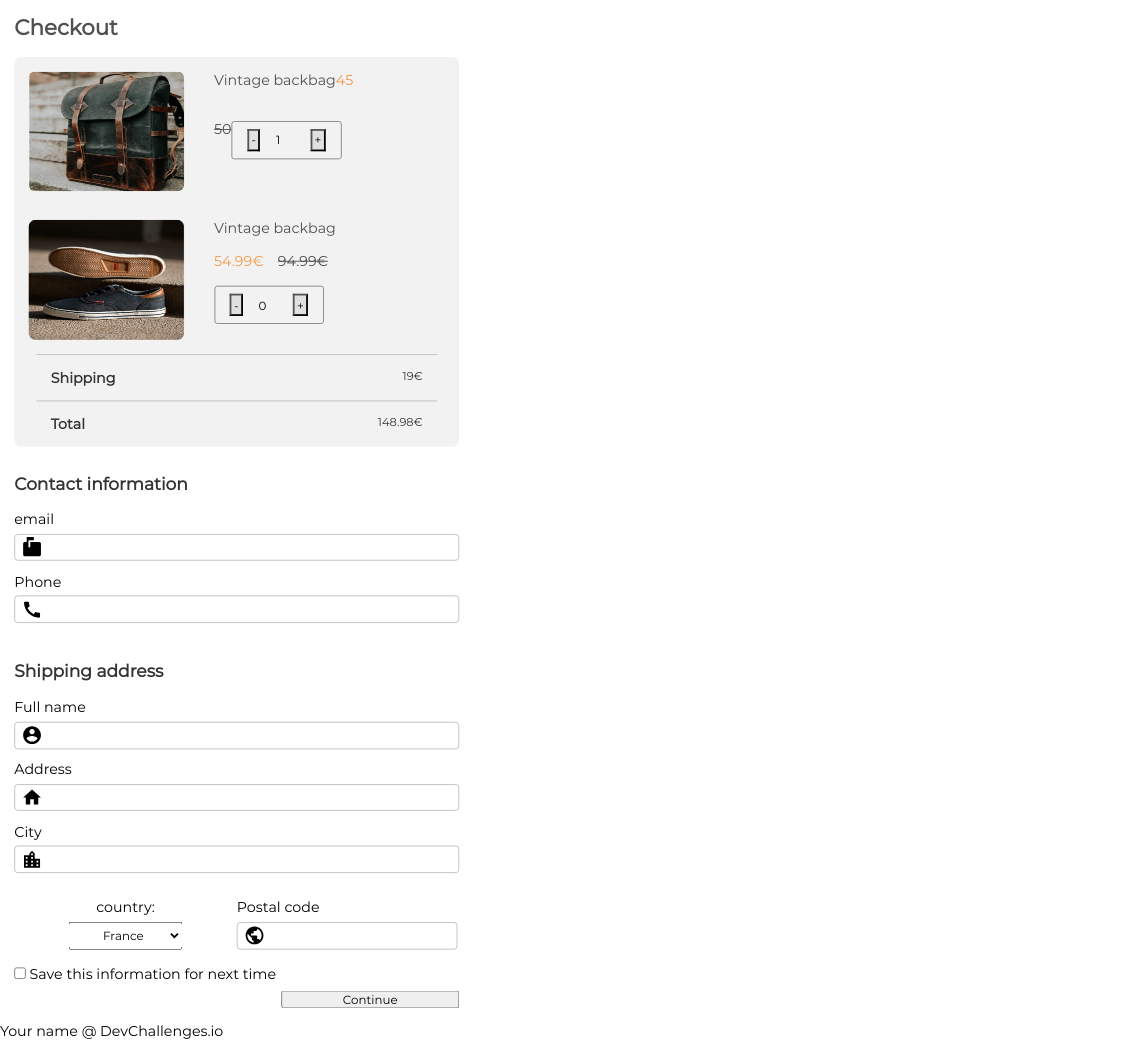
Repository: dubar-jeremy/checkout-page-master
Page: index.html
These files come from the project's save history. The page is drawn as it stood at one moment and after a run of saves; the edit follows.
The browser window is 1280 px wide. The pictures show the whole page, at 89% of full size.
The style sheet was rebuilt from its Sass, Less or Tailwind sources for each picture, by a compiler version that may differ from the author's.

Above is the page before, as saved 2021-02-05 23:37:22.

### index.html
<!doctype html>
<html lang="fr">
<head>
  <meta charset="UTF-8">
  <meta name="viewport"
        content="width=device-width, user-scalable=no, initial-scale=1.0, maximum-scale=1.0, minimum-scale=1.0">
  <meta http-equiv="X-UA-Compatible" content="ie=edge">
  <link rel="stylesheet" href="style/style.css">
  <link href="https://fonts.googleapis.com/icon?family=Material+Icons"
        rel="stylesheet">
  <title>Document</title>
  <script src="js/form.js" type="text/javascript"></script>
</head>
<body>

<main>
  <div class="grid-container">
    <h1>Checkout</h1>
    <form>
      <h2>Contact information</h2>
      <div>
      <label for="email">email</label>
      <input class="email" type="email" name="email" id="email">
      <span class="invalid valid" id="email">E-mail invalide</span>
      </div>

      <div>
      <label for="tel">Phone</label>
      <input class="tel" type="tel" name="tel" id="tel">
      <span class="invalid">Numéro inccorect</span>
      </div>

      <h2>Shipping address</h2>

      <div>
      <label for="name">Full name</label>
      <input class="name" type="text" name="name" id="name">
      <span class="invalid">Champ obligatoire</span>
      </div>

      <div>
      <label for="address">Address</label>
      <input class="address" type="text" name="address" id="address">
      <span class="invalid">Champ obligatoire</span>
      </div>

      <div>
      <label for="city">City</label>
      <input class="city" type="text" name="city" id="city">
      <span class="invalid">Champ obligatoire</span>
      </div>


      <div class="form-btn">
        <div class="select-country">
          <label for="country">country:</label>
          <select id="country">
            <option value="france">France</option>
            <option value="england">Angleterre</option>
            <option value="spain">Espagne</option>
          </select>
          <span class="invalid">Champ obligatoire</span>
        </div>
        <div class="input-postal-code">
          <label for="postalCode">Postal code</label>
          <input class="postal-code" type="text" name="postalCode" id="postalCode">
          <span class="invalid">Champ obligatoire</span>
        </div>
      </div>

      <div>
        <input type="checkbox">
        <label>Save this information for next time</label>
      </div>
      <button type="submit">Continue</button>
    </form>
    <div class="checkout-container">
      <div class="inner-block">
        <img src="img/photo1.png">
        <div class="details-article">
          <h2>Vintage backbag</h2>
          <span class="new-price">54.99€</span>
          <span class="old-price">94.99€</span>
          <div class="click">
            <button class="nbr-article minus btn">-</button>
            <input type="text" value="0" class="nbr-value quantity">
            <button class="nbr-article plus btn">+</button>
          </div>
        </div>
        <img src="img/photo2.png">
        <div class="details-article">
          <h2>Vintage backbag</h2>
          <span class="new-price">54.99€</span>
          <span class="old-price">94.99€</span>
          <div class="click">
            <button class="nbr-article plus btn">-</button>
            <input type="text" value="0" class="nbr-value">
            <button class="nbr-article minus btn">+</button>
          </div>
        </div>
      </div>
      <div class="price-part">
        <p>Shipping</p>
        <p>19€</p>
      </div>
      <div class="price-part">
        <p>Total</p>
        <p>148.98€</p>
      </div>
      <div>
      </div>
    </div>
</main>
<footer>
  <p>Your name @ DevChallenges.io</p>
</footer>
<!--<span class="material-icons">email</span>
<span class="material-icons">call</span>
<span class="material-icons">account_circle</span>
<span class="material-icons">home</span>
<span class="material-icons">location_city</span>
<span class="material-icons">public</span>
<span class="material-icons">markunread_mailbox</span>-->
</body>
</html>

### js/form.js
window.onload = function () {
  const plus = document
    .querySelector(".plus")
    .addEventListener("click", increase);
  const minus = document
    .querySelector(".minus")
    .addEventListener("click", decrease);

  let i = 0;
  let initialPrice = 50;
  let priceAfterDiscount = increase();

  function increase() {
    // price * 10 / 100 = 10% reduce
    i++;

    let items = (document.querySelector(".nbr-value").value = i);
    let qty = parseInt(items);
    let newPrice = initialPrice * qty;
    let priceBeforeDiscount = newPrice;
    document.querySelector(".old-price").innerHTML = priceBeforeDiscount;
    newPrice -= (newPrice * 10) / 100;
    let priceAfterDiscount = newPrice;
    document.querySelector(".new-price").innerHTML = priceAfterDiscount;
    return priceAfterDiscount;
  }

  function decrease() {
    if (i >= 1) {
      i--;
      let items = (document.querySelector(".nbr-value").value = i);
      let qty = parseInt(items);
      let newPrice = initialPrice * qty;
      document.querySelector(".new-price").innerHTML = newPrice;
      let oldPrice = qty * priceAfterDiscount;
      document.querySelector(".old-price").innerHTML = oldPrice;
      console.log(oldPrice);
    }
  }
};

### style/style.scss
/*
Colors, fonts & reset
*/

$main-title: #4e5150;
$sub-title: #333333;
$btn-price: #f2994a;

$form-title: #4f4f4f;
$form-placeholder: #828282;

$background-nbr-article: #e0e0e0;

$background-price: #f2f2f2;

@font-face {
  font-family: "Montserrat";
  src: url("/fonts/Montserrat/Montserrat-Regular.ttf") format("truetype");
}

* {
  margin: 0;
  padding: 0;
  box-sizing: border-box;
  font-family: "Montserrat", sans-serif;
}

/*
  Main area
*/

.grid-container {
  display: grid;
  grid-template-columns: 1fr;
  margin: 1em;
  max-width: 500px; //mobile only pour le moment.

  h1 {
    grid-row: 1 / 2;
    color: $main-title;
    font-size: 1.5em;
    margin-bottom: 0.8em;
  }
}

form {
  display: flex;
  flex-direction: column;

  h2 {
    color: $sub-title;
    font-size: 1.2em;
    margin-top: 1.5em;
    margin-bottom: 1em;
  }

  input {
    width: 100%;
    margin-bottom: 1em;
    margin-top: 0.5em;
  }

  input[type="checkbox"] {
    width: inherit;
  }

  @mixin iconStyle {
    background-color: transparent;
    background-repeat: no-repeat;
    background-position: 0.5em center;
    padding-left: 2.5em;
    height: 2.3em;
    border: 0.09em solid #bdbdbd;
    border-radius: 0.3em;
  }

  .email {
    @include iconStyle;
    background-image: url("../icons/markunread_mailbox-24px.svg");
  }
  .tel {
    @include iconStyle;
    background-image: url("../icons/call-24px.svg");
  }
  .name {
    @include iconStyle;
    background-image: url("../icons/account_circle-24px.svg");
  }
  .address {
    @include iconStyle;
    background-image: url("../icons/home-24px.svg");
  }
  .city {
    @include iconStyle;
    background-image: url("../icons/location_city-24px.svg");
  }
  .postal-code {
    @include iconStyle;
    width: 99%;
    background-image: url("../icons/public-24px.svg");
  }

  .form-btn {
    width: 100%;
    display: flex;
    justify-content: space-between;
    margin-top: 1em;
    flex-wrap: wrap;
    align-items: center;

    .select-country {
      flex-basis: 50%;
      display: flex;
      flex-wrap: wrap;
      justify-content: center;

      label {
        width: 100%;
        text-align: center;
      }

      select {
        height: 2.3em;
        padding-left: 2.5em;
        margin-bottom: 1em;
        margin-top: 0.5em;
      }
    }

    .input-postal-code {
      flex-basis: 50%;
    }
  }

  button {
    width: 40%;
    align-self: end;
  }
}

.checkout-container {
  grid-row: 2 / 3;
  background: $background-price;
  border-radius: 0.5em;
}

.inner-block {
  display: grid;
  grid-template-columns: 1fr 1fr;
  grid-gap: 2em;
  max-width: 385px;
  max-height: 535px;
  margin: 1em;

  h2 {
    color: $main-title;
    display: inline;
    font-size: 1em;
    font-weight: normal;
  }

  img {
    width: 100%;
    max-width: 175px;
    max-height: 135px;
    border-radius: 0.5em;
  }

  .details-article {
    display: flex;
    flex-wrap: wrap;

    .new-price {
      color: $btn-price;
      margin-right: 1em;
    }

    .old-price {
      color: $main-title;
      text-decoration: line-through;
    }

    .click {
      display: flex;
      justify-content: space-around;
      width: 70%;
      height: min-content;
      background: transparent;
      border: 0.1em solid $form-placeholder;
      border-radius: 0.2em;
      padding: 0.5em;

      input {
        background: transparent;
        width: 20%;
        border: none;
      }

      .nbr-article {
        background: $background-nbr-article;
        padding: 0.2em;
      }
    }
  }
}

.price-part {
  display: flex;
  justify-content: space-between;
  width: 90%;
  margin: 0 auto;
  padding: 1em;
  border-top: 1px solid #bdbdbd;
  color: #333333;

  p:nth-child(1) {
    color: $sub-title;
    font-weight: bold;
  }

  p:nth-child(2) {
    font-size: 0.8em;
  }
}

.invalid {
  display: none;
  color: red;
}

.valid {
  color: green;
}

After the next 2 saves:
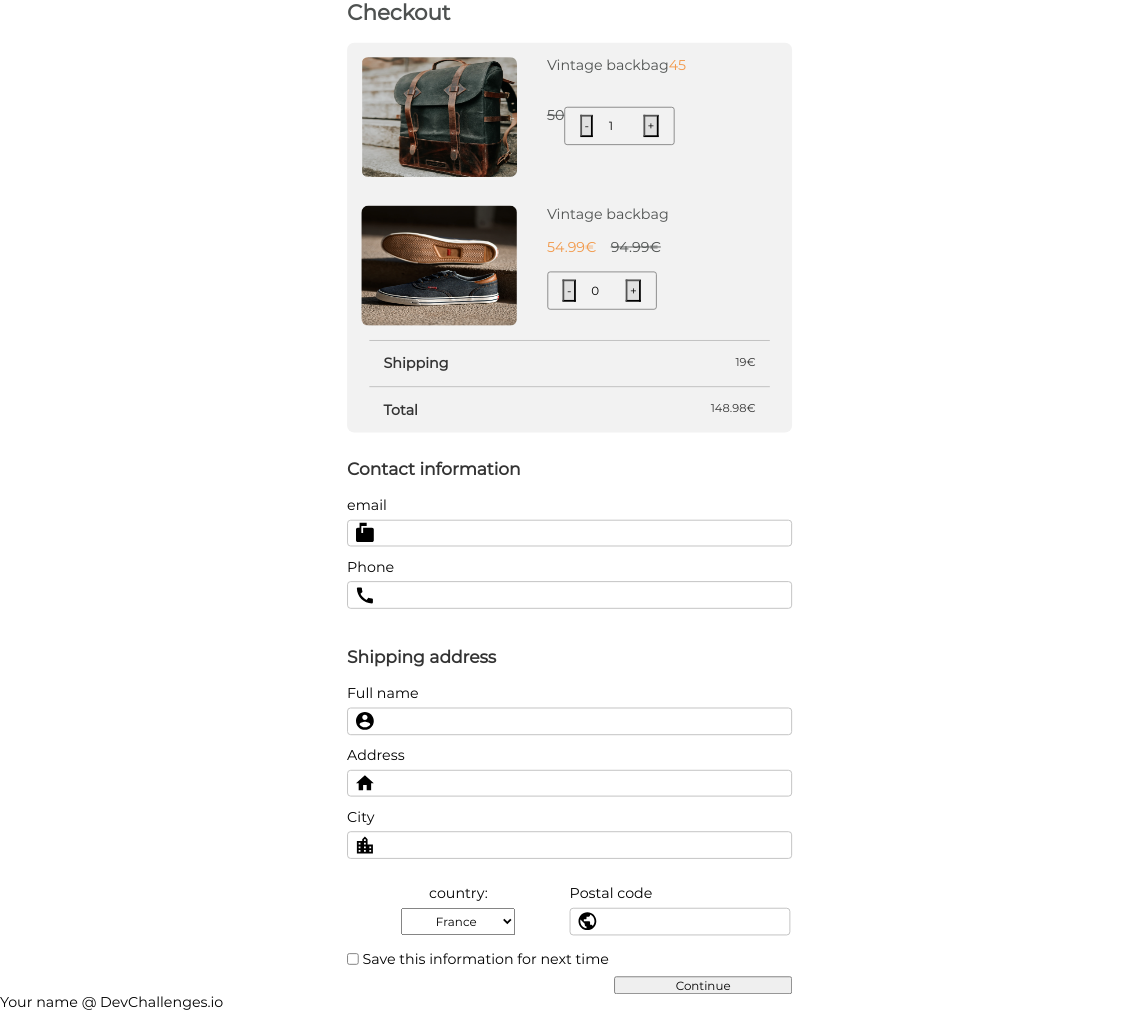
The 2 saves are shown as one change because they came seconds apart.
The last was saved 43 s later.
--- a/style/style.scss
+++ b/style/style.scss
@@ -32,7 +32,7 @@ $background-price: #f2f2f2;
 .grid-container {
   display: grid;
   grid-template-columns: 1fr;
-  margin: 1em;
+  margin: 0 auto;
   max-width: 500px; //mobile only pour le moment.
 
   h1 {
